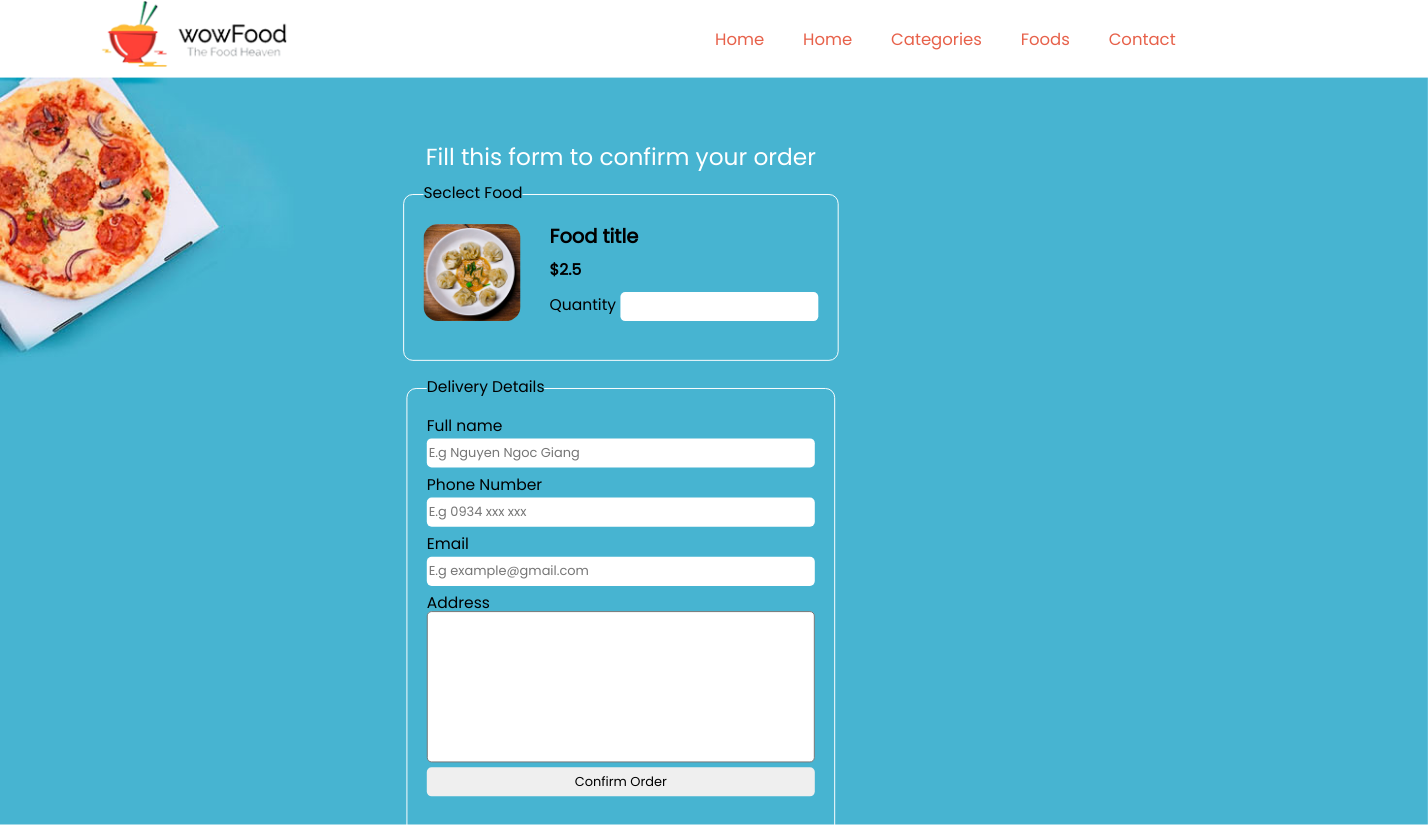
Repository: ruaruababa/WowFood
Page: order.html
These files come from the project's save history. The page is drawn as it stood at one moment and after the next save; the edit follows.
The browser window is 1280 px wide. The page is 1472 px wide, so the pictures cover 1472 px, including what lies to the right of the window. The pictures show the whole page, at 97% of full size.

Above is the page before, as saved 2021-09-19 22:48:13.

After the next save:
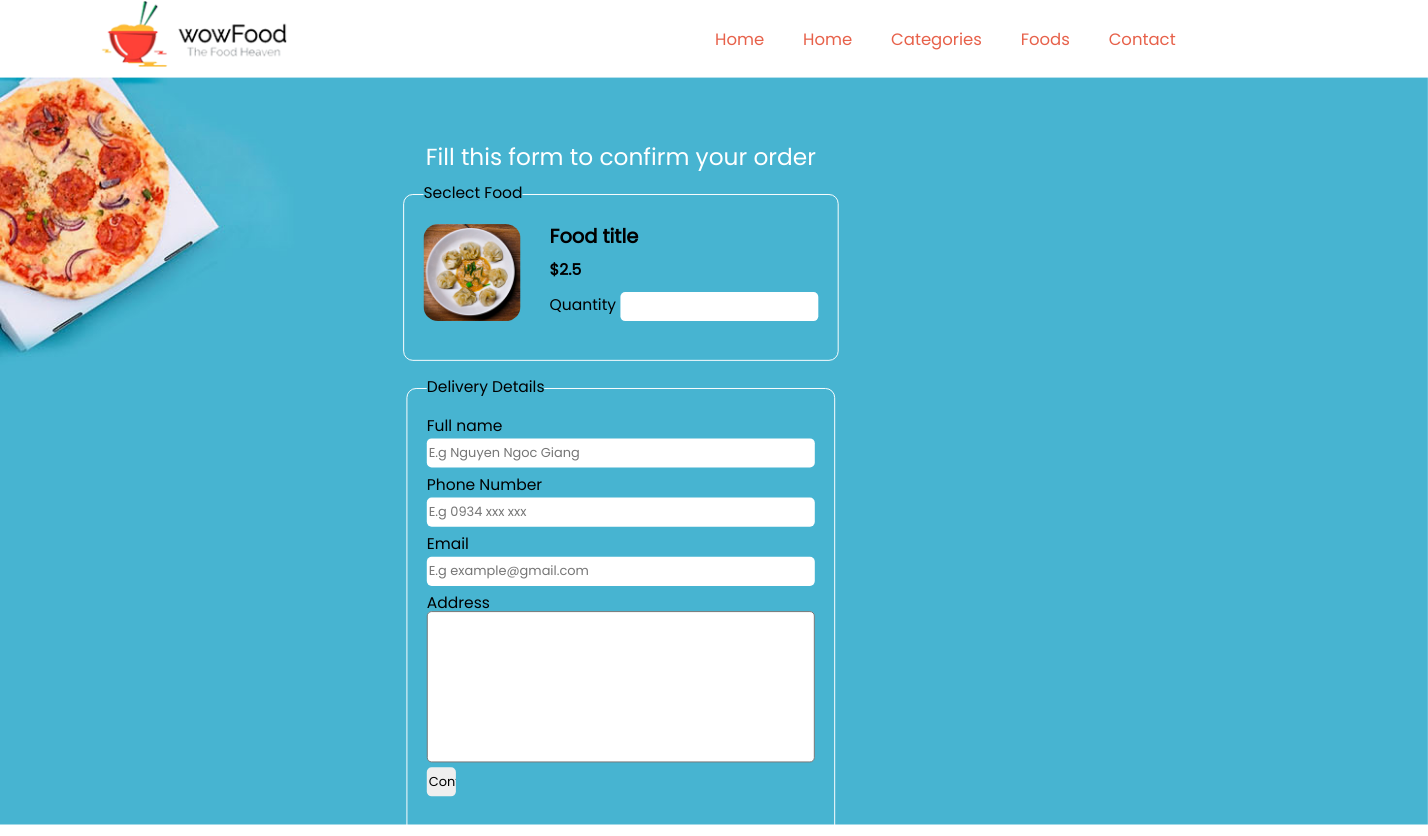
Saved 4 s later.
--- a/order.html
+++ b/order.html
@@ -60,7 +60,7 @@
                     <input type="text" placeholder="E.g example@gmail.com">
                     <lable class="Address">Address</lable>
                     <textarea name="address" id="" cols="30" rows="10" style="resize: none; border-radius: 5px;"></textarea>
-                    <input type="button" value="Confirm Order" style="width: ;">
+                    <input type="button" value="Confirm Order" style="width: 30px;">
                 </div>
             </form>
         </div>
